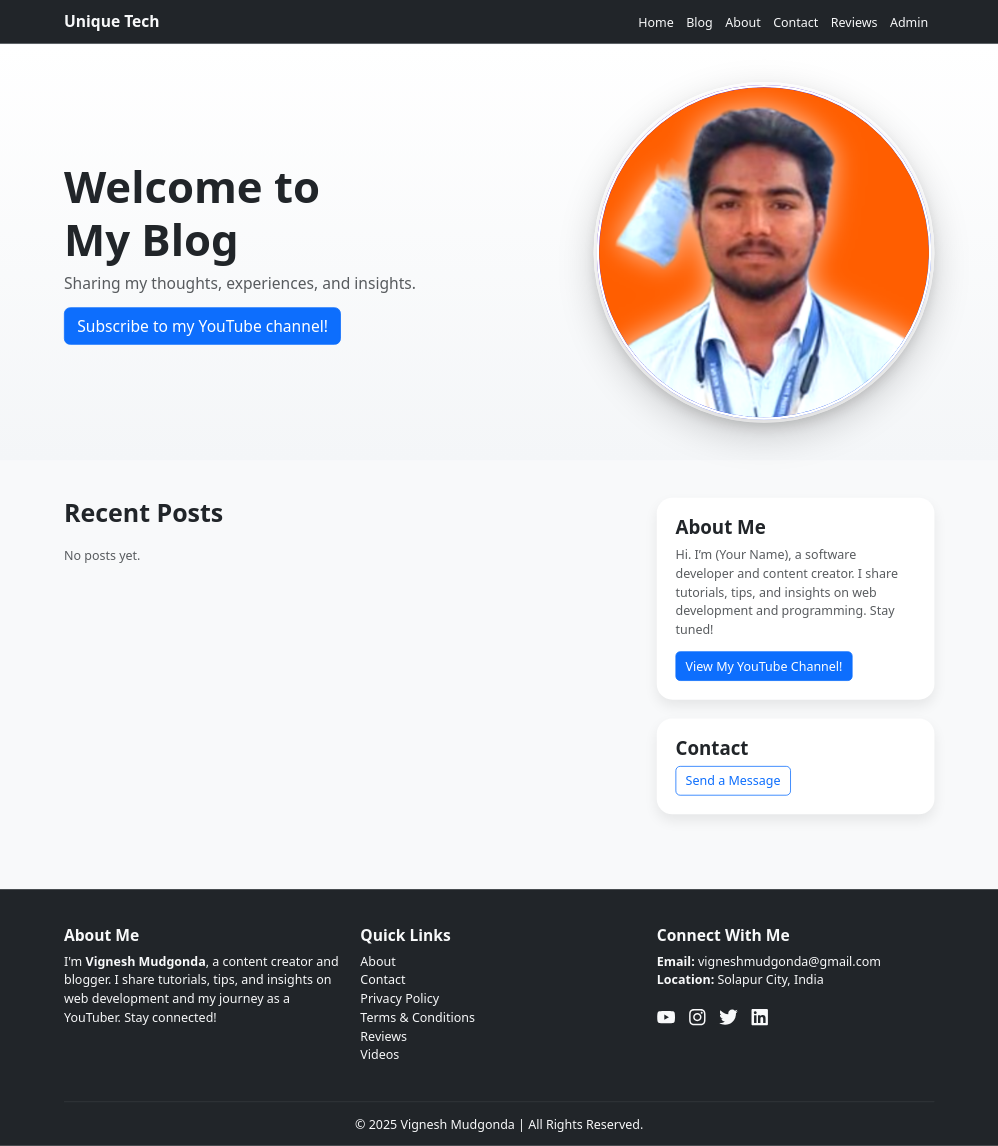
Repository: vigneshmudgonda/Blog2
Page: / (app in blog-frontend-full/)
The author's editor kept a copy of each file at every save. The page is drawn from the files as they stood at one save, then again after the next save.
The browser window is 1280 px wide. The pictures show the whole page, at 78% of full size.
The page's requests for data from a server got no answer. The project was rebuilt for these pictures with package versions that can differ from the ones it lists, and the page was loaded fresh each time. No one was signed in, and anything a server would have sent is missing. Also part of the build but not shown: blog-frontend-full/src/pages/BlogList.js, blog-frontend-full/src/pages/BlogDetail.js, blog-frontend-full/src/pages/Reviews.js, blog-frontend-full/src/pages/Contact.js, blog-frontend-full/src/pages/About.js, blog-frontend-full/src/pages/AdminLogin.js, blog-frontend-full/src/pages/AdminDashboard.js, blog-frontend-full/src/pages/YoutubeVideos.js and 2 more.

Above is the page before, as saved 2025-08-22 19:54:30.

After the next save:
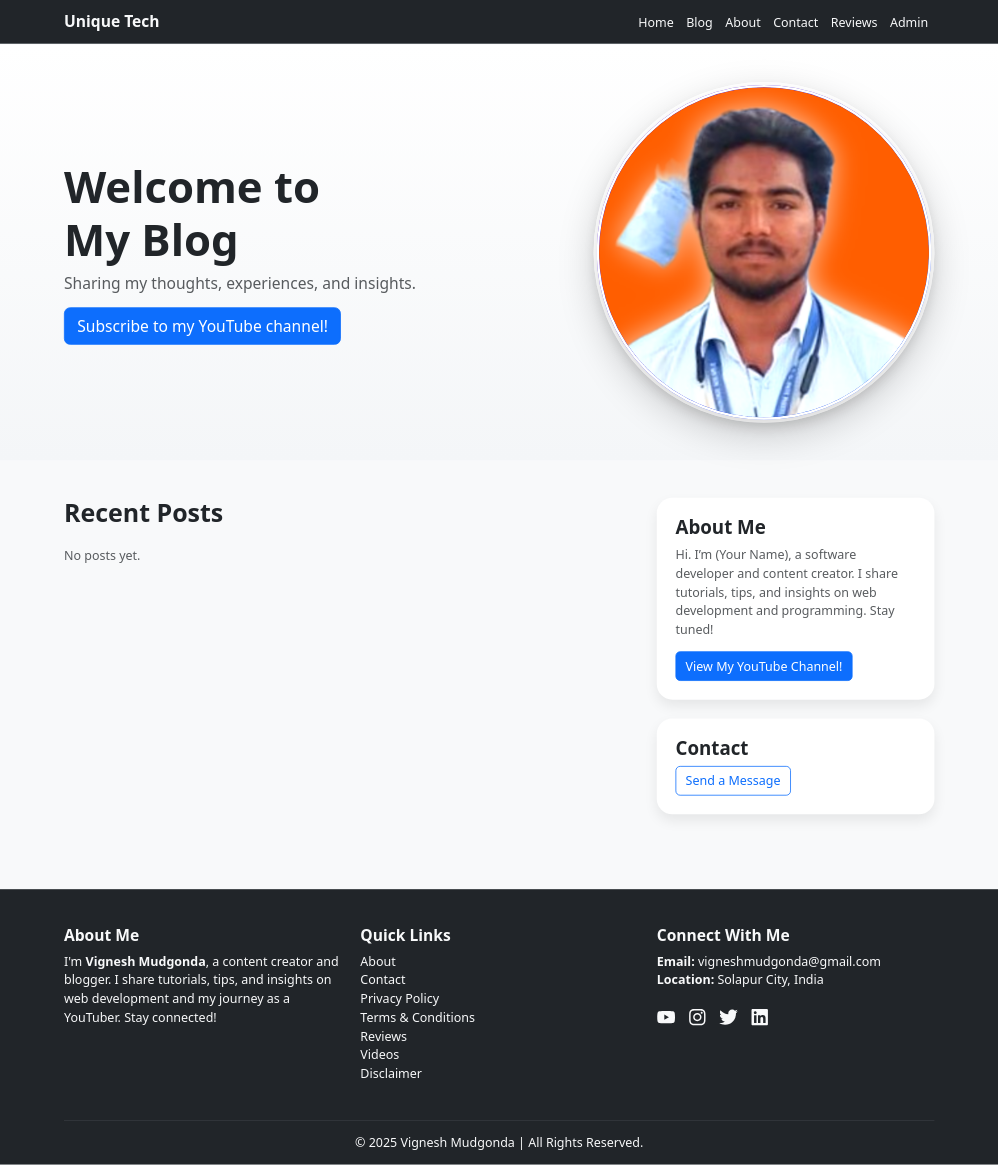
Saved 20 s later.
--- a/blog-frontend-full/src/components/Footer.js
+++ b/blog-frontend-full/src/components/Footer.js
@@ -35,7 +35,7 @@ export default function Footer() {
                <li><Link to="/terms" className="text-light text-decoration-none">Terms & Conditions</Link></li>
               <li><Link to="/reviews" className="text-light text-decoration-none">Reviews</Link></li>
                <li><Link to="/youtube" className="text-light text-decoration-none">Videos</Link></li>
-
+              Disclaimer
             </ul>
           </div>
 
